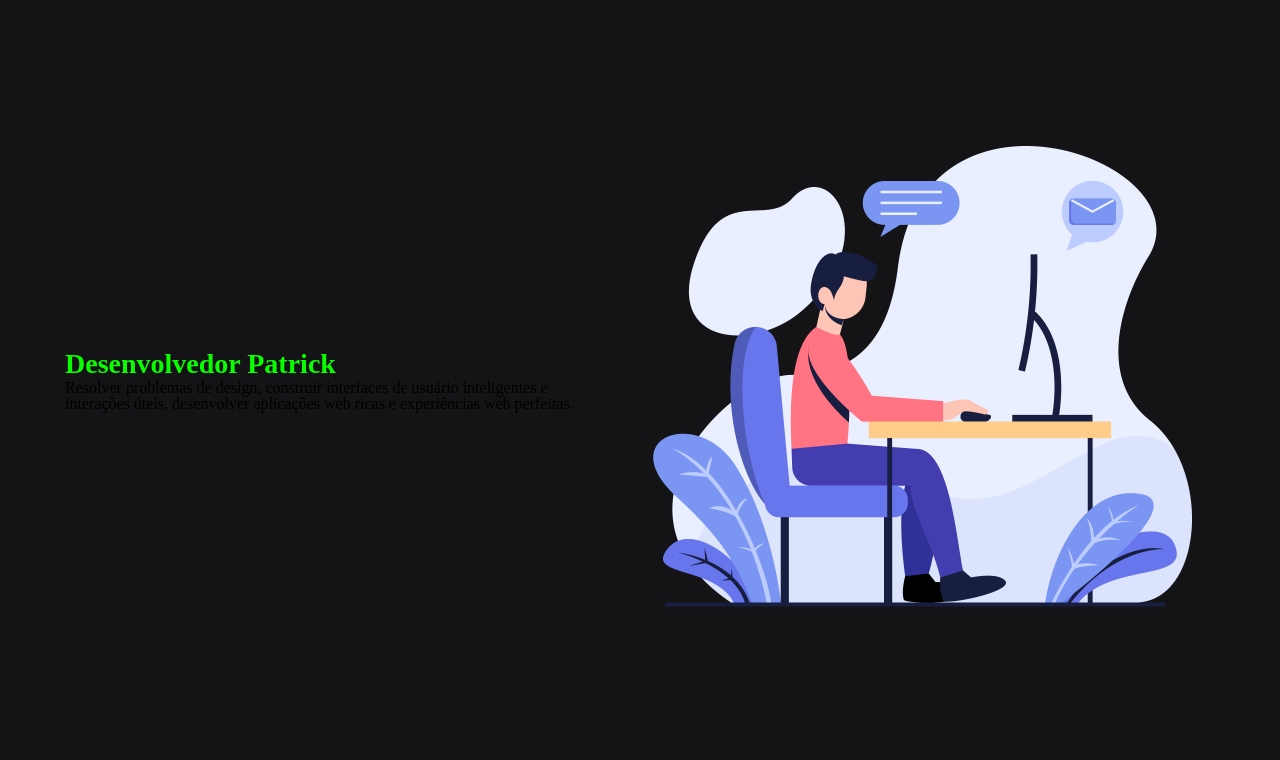
Repository: PatrickAlmeida007/aula1811
Page: index.html
These files come from the project's save history. The page is drawn as it stood at one moment and after a run of saves; the edit follows.
The browser window is 1280 px wide. The pictures show the whole page.

Above is the page before, as saved 2023-11-18 15:34:45.

After the next 2 saves:
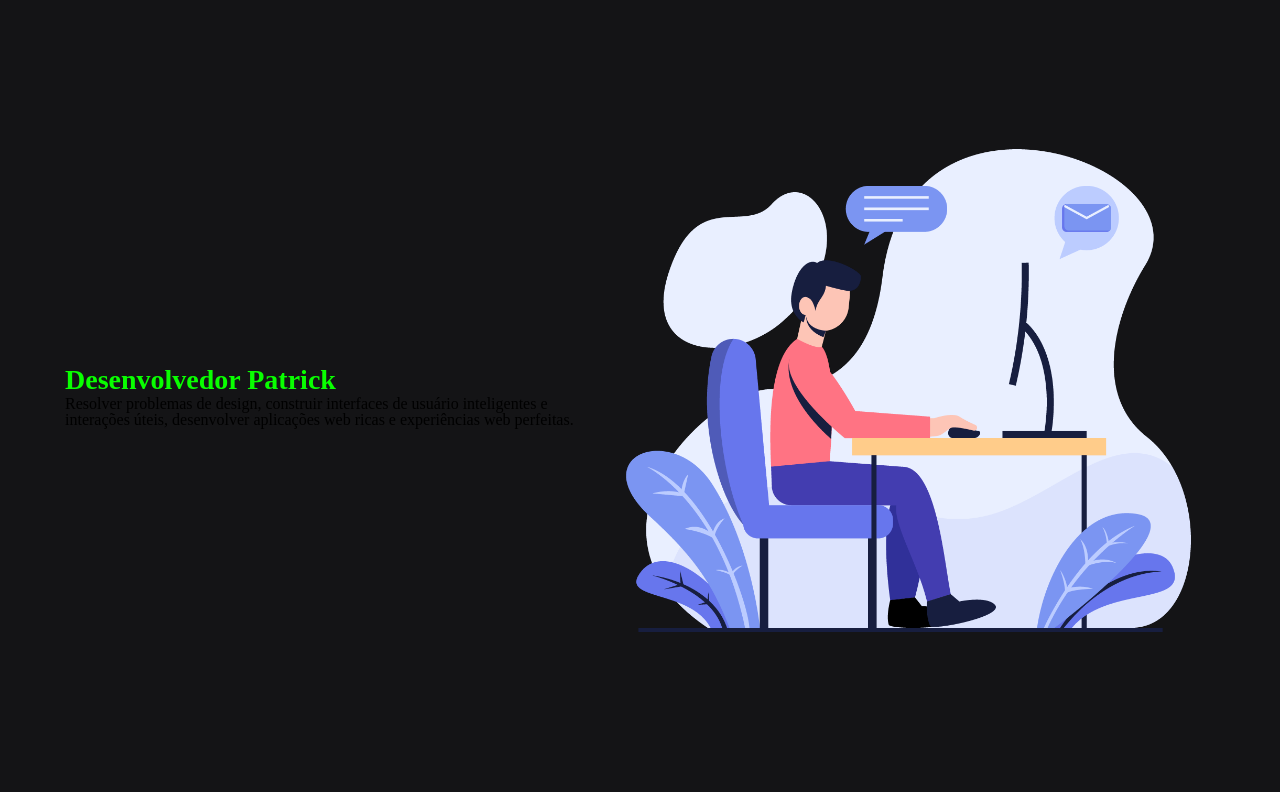
The 2 saves are shown as one change because they came seconds apart.
The last was saved 7 s later.
--- a/style.css
+++ b/style.css
@@ -74,7 +74,7 @@
     color:rgb(9, 255, 0);
 }
 
-
+.sobre__
 .sobre__imagem{
     width:100%;
     height: 100%;

After the 2 saves that followed:
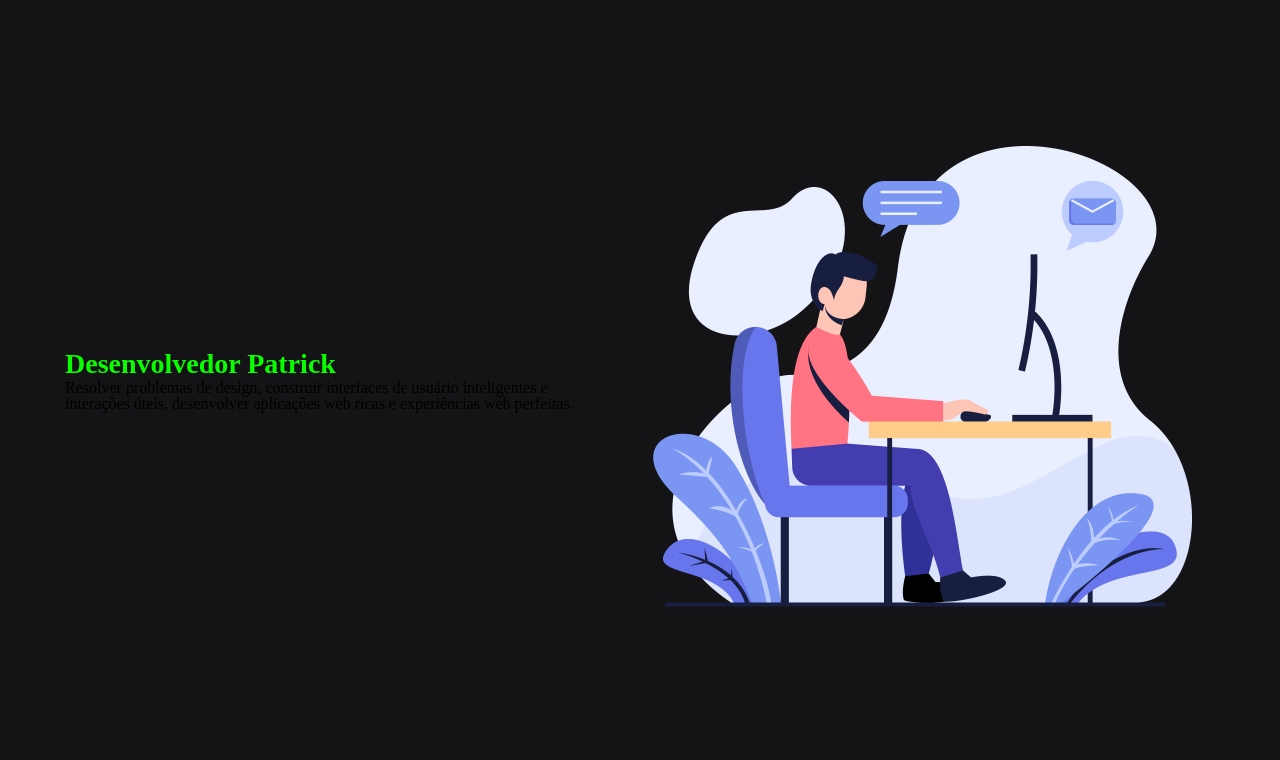
The 2 saves are shown as one change because they came seconds apart.
The last was saved 7 s later.
--- a/style.css
+++ b/style.css
@@ -74,7 +74,9 @@
     color:rgb(9, 255, 0);
 }
 
-.sobre__
+.sobre__decricao{
+
+}
 .sobre__imagem{
     width:100%;
     height: 100%;
